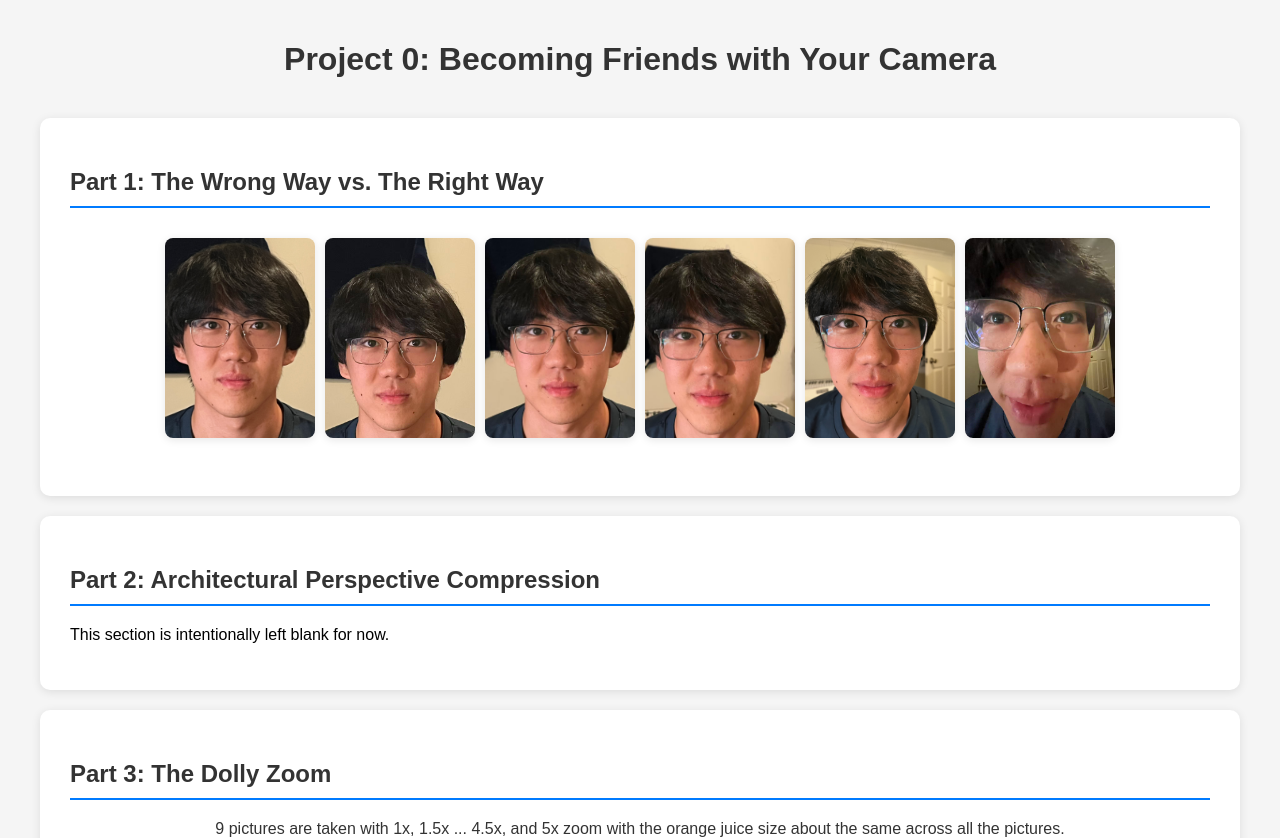
Repository: shuo-yuan/shuo-yuan.github.io
Page: 0/index.html
These files come from the project's save history. The page is drawn as it stood at one moment and after the next save; the edit follows.
The browser window is 1280 px wide. The pictures show the part of the page from y = 0 to 838 px (the page is 1232 px tall before and 1250 px after).
A picture or video elsewhere on the page could not be fetched, so the positions and the page height are approximate.

Above is the page before, as saved 2025-09-02 02:17:29.

### 0/index.html
<!DOCTYPE html>
<html lang="en">
<head>
    <meta charset="UTF-8">
    <meta name="viewport" content="width=device-width, initial-scale=1.0">
    <title>Project 0: Becoming Friends with Your Camera</title>
    <style>
        body {
            font-family: Arial, sans-serif;
            max-width: 1200px;
            margin: 0 auto;
            padding: 20px;
            background-color: #f5f5f5;
        }

        .part {
            background: white;
            margin: 20px 0;
            padding: 30px;
            border-radius: 10px;
            box-shadow: 0 2px 10px rgba(0,0,0,0.1);
        }

        .part h2 {
            color: #333;
            border-bottom: 2px solid #007bff;
            padding-bottom: 10px;
            margin-bottom: 20px;
        }


        .gif-container {
            text-align: center;
        }

        .gif-container img {
            max-width: 60%;
            height: auto;
            border-radius: 8px;
            box-shadow: 0 4px 15px rgba(0,0,0,0.2);
        }

        .gif-container p {
            margin-top: 15px;
            color: #666;
            font-size: 14px;
        }

        .selfie-row {
            display: flex;
            justify-content: center;
            align-items: center;
            gap: 10px;
            margin: 30px 0 20px 0;
            flex-wrap: wrap;
        }

        .selfie-item {
            display: flex;
            flex-direction: column;
            align-items: center;
            text-align: center;
        }

        .selfie-row img {
            max-width: 200px;
            max-height: 200px;
            width: auto;
            height: auto;
            border-radius: 8px;
            box-shadow: 0 2px 8px rgba(0,0,0,0.1);
            object-fit: cover;
            margin-bottom: 8px;
        }

        .selfie-caption {
            font-size: 12px;
            color: #666;
            font-weight: 500;
            margin-top: 4px;
        }
    </style>
</head>
<body>
    <h1 style="text-align: center; color: #333; margin-bottom: 40px;">Project 0: Becoming Friends with Your Camera</h1>

    <div class="part part1">
        <h2>Part 1: The Wrong Way vs. The Right Way</h2>
        <div class="selfie-row">
            <img src="media/selfie_5.jpg" alt="Selfie 5x">
            <img src="media/selfie_4.jpg" alt="Selfie 4x">
            <img src="media/selfie_3.jpg" alt="Selfie 3x">
            <img src="media/selfie_2.jpg" alt="Selfie 2x">
            <img src="media/selfie_1.jpg" alt="Selfie 1x">
            <img src="media/selfie_05.jpg" alt="Selfie 0.5x">
        </div>
    </div>

    <div class="part part2">
        <h2>Part 2: Architectural Perspective Compression</h2>
        <div class="part2">
            <p>This section is intentionally left blank for now.</p>
        </div>
    </div>

    <div class="part part3">
        <h2>Part 3: The Dolly Zoom</h2>
        <p style="text-align: center; margin-bottom: 20px; color: #333; font-size: 16px;">9 pictures are taken with 1x, 1.5x ... 4.5x, and 5x zoom with the orange juice size about the same across all the pictures.</p>
        <div class="gif-container">
            <img src="../0/media/recurring_animation.gif" alt="Recurring Animation GIF" onerror="this.style.display='none'; this.nextElementSibling.style.display='block';">
        </div>
    </div>
</body>
</html>

After the next save:
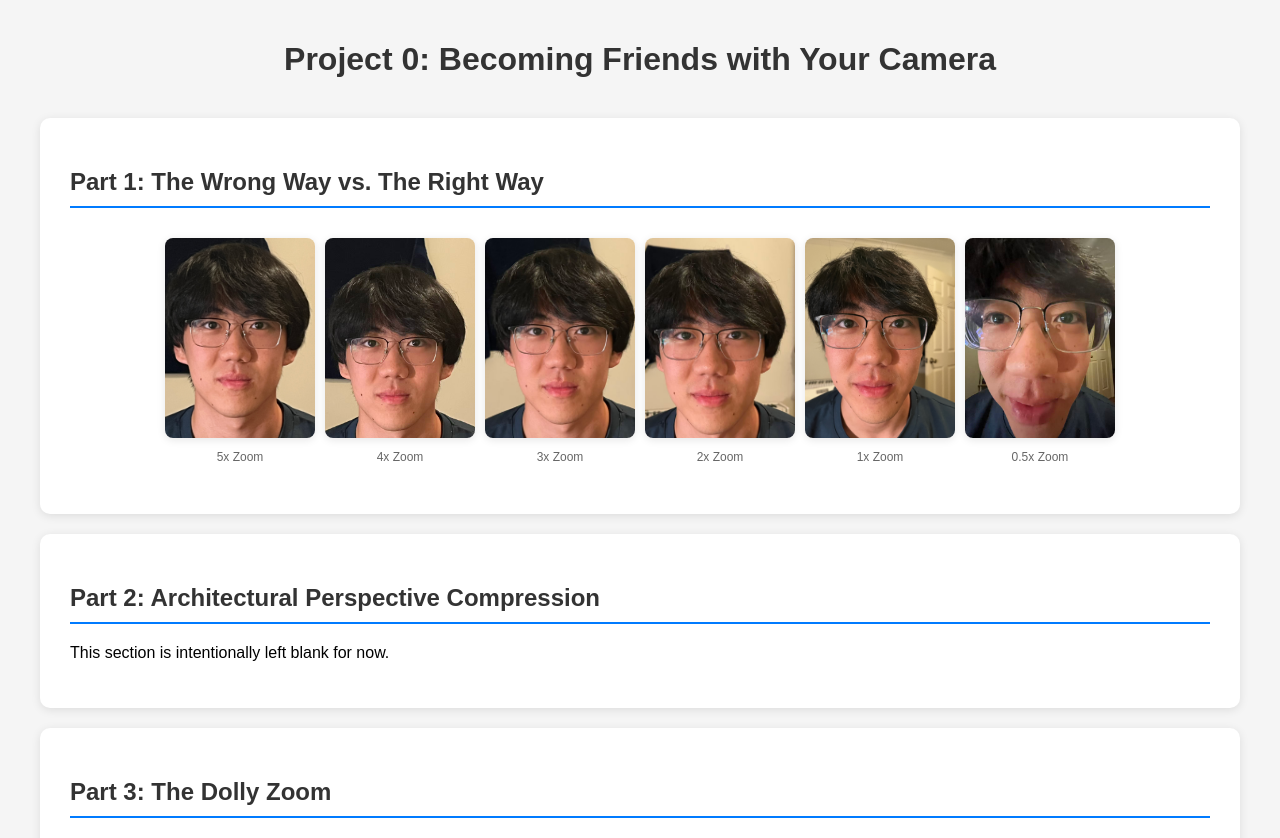
Saved 8 s later.
--- a/0/index.html
+++ b/0/index.html
@@ -87,12 +87,30 @@
     <div class="part part1">
         <h2>Part 1: The Wrong Way vs. The Right Way</h2>
         <div class="selfie-row">
-            <img src="media/selfie_5.jpg" alt="Selfie 5x">
-            <img src="media/selfie_4.jpg" alt="Selfie 4x">
-            <img src="media/selfie_3.jpg" alt="Selfie 3x">
-            <img src="media/selfie_2.jpg" alt="Selfie 2x">
-            <img src="media/selfie_1.jpg" alt="Selfie 1x">
-            <img src="media/selfie_05.jpg" alt="Selfie 0.5x">
+            <div class="selfie-item">
+                <img src="media/selfie_5.jpg" alt="Selfie 5x">
+                <div class="selfie-caption">5x Zoom</div>
+            </div>
+            <div class="selfie-item">
+                <img src="media/selfie_4.jpg" alt="Selfie 4x">
+                <div class="selfie-caption">4x Zoom</div>
+            </div>
+            <div class="selfie-item">
+                <img src="media/selfie_3.jpg" alt="Selfie 3x">
+                <div class="selfie-caption">3x Zoom</div>
+            </div>
+            <div class="selfie-item">
+                <img src="media/selfie_2.jpg" alt="Selfie 2x">
+                <div class="selfie-caption">2x Zoom</div>
+            </div>
+            <div class="selfie-item">
+                <img src="media/selfie_1.jpg" alt="Selfie 1x">
+                <div class="selfie-caption">1x Zoom</div>
+            </div>
+            <div class="selfie-item">
+                <img src="media/selfie_05.jpg" alt="Selfie 0.5x">
+                <div class="selfie-caption">0.5x Zoom</div>
+            </div>
         </div>
     </div>
 
